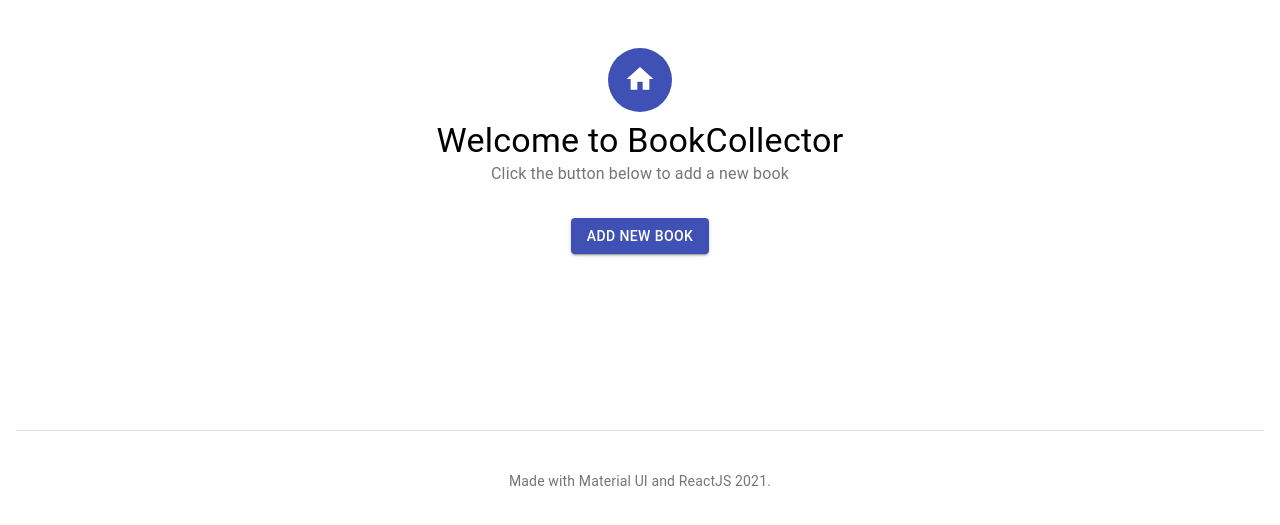
Repository: Colo-Codes/mini-project-react-book-collector
Page: /
These files come from the project's save history. The page is drawn as it stood at one moment and after the next save; the edit follows.
The browser window is 1280 px wide. The pictures show the whole page.
The project was rebuilt for these pictures with package versions that can differ from the ones it lists, and the page was loaded fresh each time. Also part of the build but not shown: src/Books/AddBookForm.js, src/Books/BooksGridItem.js.

Above is the page before, as saved 2021-08-25 14:16:42.

After the next save:
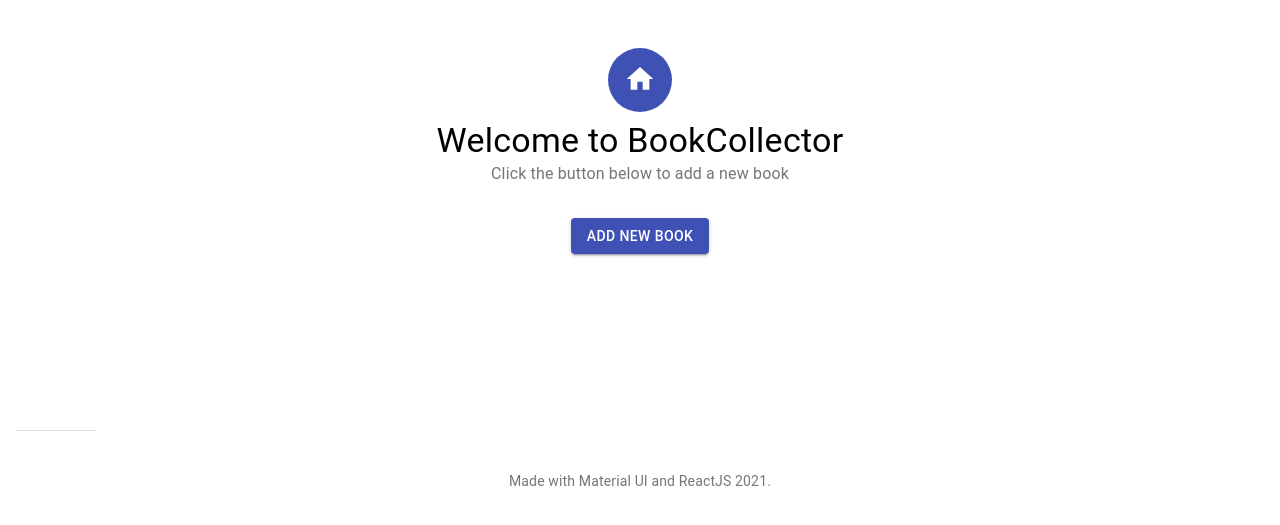
Saved 99 s later.
--- a/src/App.js
+++ b/src/App.js
@@ -27,6 +27,9 @@ const useStyles = makeStyles(theme => ({
   footer: {
     marginV: theme.spacing(4),
   },
+  divider: {
+    width: theme.spacing(10),
+  }
 }));
 
 function App() {
@@ -60,9 +63,7 @@ function App() {
         {!showAddBookForm && <Header headerIcon={<Home className={classes.icon} />} headerContent={'Welcome to BookCollector'} textContent={'Click the button below to add a new book'} />} {/* Conditional Rendering */}
         {!showAddBookForm && <Button variant="contained" color="primary" onClick={addNewBookHandler} className={classes.button} >Add new book</Button>} {/* Conditional Rendering */}
       </header>
-      <Box >
-        <Divider variant="middle" />
-      </Box>
+      <Divider className={classes.divider} variant="middle" />
       <main>
         <BooksGrid bookList={bookList} onDeleteBook={deleteBookHandler} />
       </main>
